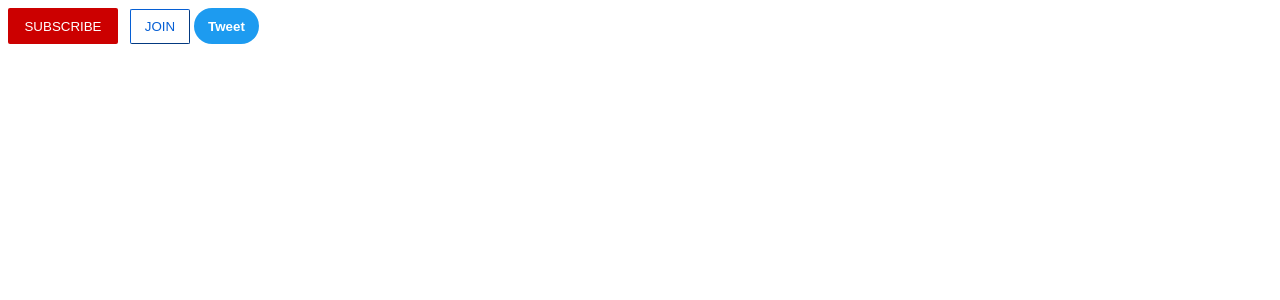
Repository: Kurumilli/Youtube
Page: buttons.html
An editor plug-in stored every save of this project. The page is shown before and after the next save, followed by the edit.
The browser window is 1280 px wide. The pictures show the whole page.

Above is the page before, as saved 2025-01-23 20:15:21.

### buttons.html
<html>
<body>
<style>
.subscribe{
    background-color: rgb(204, 0, 0);
    border:none;
    color: white;
    height: 36px;
    width: 110px;
    border-radius: 2px;
    cursor: pointer;
}

.join{
background-color: white;
color: rgb(6, 95, 212);
border-width: 1px;
height:35px;
width: 60px;
border-color:rgb(6, 95, 212);
border-radius: 2px;
cursor: pointer;
margin-left: 8px;
}

.tweet{
    background-color: rgb(29, 155, 240);
    border: none;
    height: 36px;
    color: white;
    width: 65px;
    border-radius: 18px;
    font-weight: bold;


    }
</style>

<button class="subscribe">
    SUBSCRIBE
</button>

<button class="join">
    JOIN
</button>

<button class="tweet">
    Tweet
</button>




</body>
</html>

After the next save:
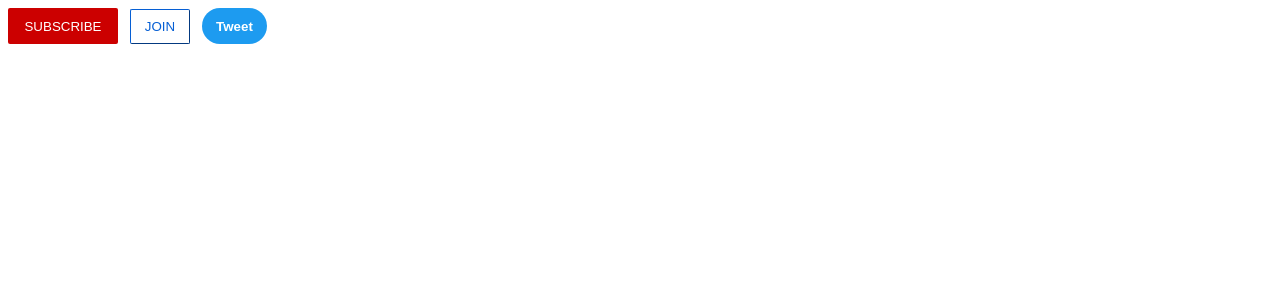
Saved 15 s later.
--- a/buttons.html
+++ b/buttons.html
@@ -31,7 +31,7 @@ margin-left: 8px;
     width: 65px;
     border-radius: 18px;
     font-weight: bold;
-
+    margin-left: 8px;
 
     }
 </style>
